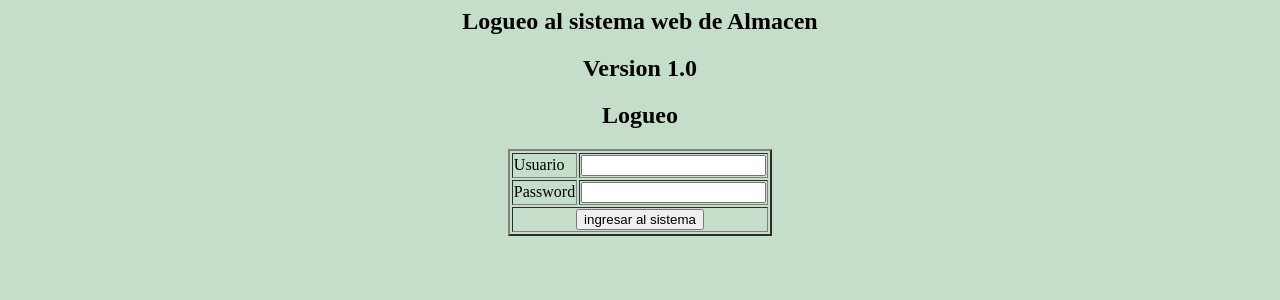
Repository: brian-05/T2
Page: http://localhost/LPII_CL2_ACUNACAMPOSBRIAN/
An editor plug-in stored every save of this project. The page is shown before and after the next save, followed by the edit.
The browser window is 1280 px wide. The pictures show the whole page.
The page is served by Tomcat 9.

Above is the page before, as saved 2025-02-09 08:58:52.

After the next save:
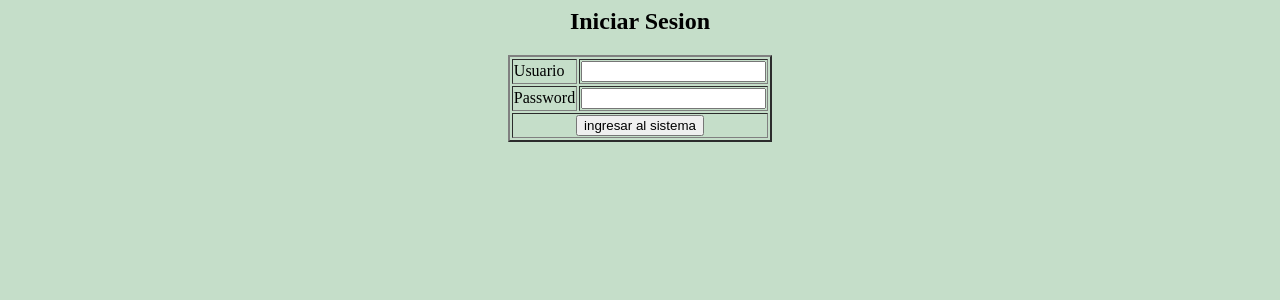
Saved 6 min 43 s later.
--- a/LPII_CL2_ACUNACAMPOSBRIAN/src/main/webapp/index.jsp
+++ b/LPII_CL2_ACUNACAMPOSBRIAN/src/main/webapp/index.jsp
@@ -1,8 +1,7 @@
 <html>
 <body bgcolor="#c5dec9">
-<h2 align="center">Logueo al sistema web de Almacen</h2>
-<h2 align="center">Version 1.0</h2>
-<h2 align="center">Logueo</h2>
+<h2 align="center">Iniciar Sesion</h2>
+
 
 <%
 // Mostrar mensaje de error si el login falla
